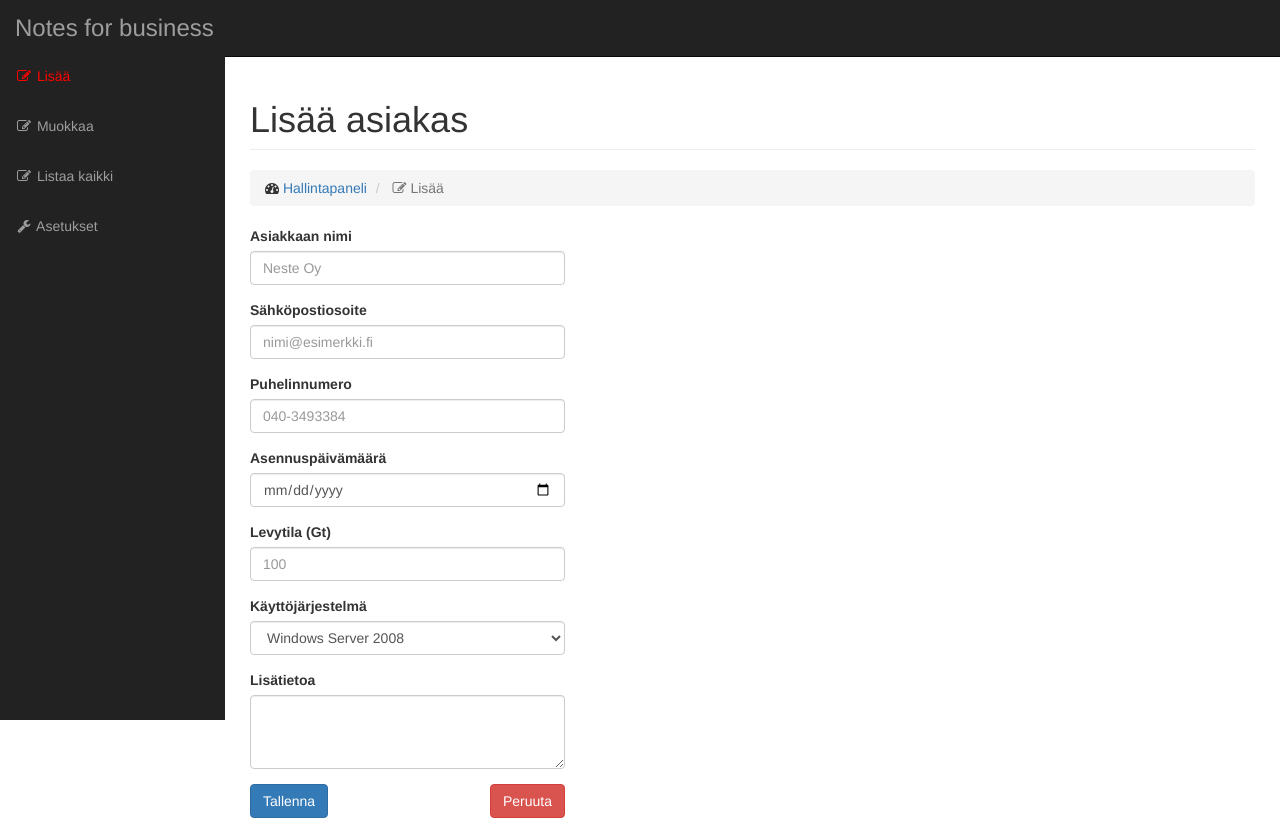
Repository: TommiKurjensalo/php
Page: http://localhost/muokkaa.php
The author's editor kept a copy of each file at every save. The page is drawn from the files as they stood at one save, then again after the next save.
The browser window is 1280 px wide. The pictures show the whole page.
The page is run by PHP 8.4 with error messages shown; the project is at /var/www/html/.

Above is the page before, as saved 2017-04-08 18:09:09.

### sivut/muokkaa.php
<!DOCTYPE html>
<html lang="en">

<head>

    <meta charset="utf-8">
    <meta http-equiv="X-UA-Compatible" content="IE=edge">
    <meta name="viewport" content="width=device-width, initial-scale=1">
    <meta name="description" content="">
    <meta name="author" content="">

    <title>Notes</title>

    <!-- Bootstrap Core CSS -->
    <link href="css/bootstrap.min.css" rel="stylesheet">

    <!-- Custom CSS -->
    <link href="css/sb-admin.css" rel="stylesheet">

    <!-- Custom Fonts -->
    <link href="font-awesome/css/font-awesome.min.css" rel="stylesheet" type="text/css">

    <!-- HTML5 Shim and Respond.js IE8 support of HTML5 elements and media queries -->
    <!-- WARNING: Respond.js doesn't work if you view the page via file:// -->
    <!--[if lt IE 9]>
        <script src="https://oss.maxcdn.com/libs/html5shiv/3.7.0/html5shiv.js"></script>
        <script src="https://oss.maxcdn.com/libs/respond.js/1.4.2/respond.min.js"></script>
    <![endif]-->

</head>

<body>

    <div id="wrapper">

        <!-- Navigation -->
        <nav class="navbar navbar-inverse navbar-fixed-top" role="navigation">
            <!-- Brand and toggle get grouped for better mobile display -->
            <div class="navbar-header">
                <p class="navbar-text h3">Notes for business</p>

            </div>

            <!-- Sidebar Menu Items - These collapse to the responsive navigation menu on small screens -->
            <div class="collapse navbar-collapse navbar-ex1-collapse">
                <ul class="nav navbar-nav side-nav">
                    <li>
                        <a href="lisaa.php" class="active"> <i class="fa fa-fw fa-edit"></i> Lisää</a>
                    </li>
                    <li>
                        <a href="muokkaa.php"><i class="fa fa-fw fa-edit"></i> Muokkaa</a>
                    </li>
                    <li>
                        <a href="listaaKaikki.php"><i class="fa fa-fw fa-edit"></i> Listaa kaikki</a>
                    </li>
                    <li>
                        <a href="asetukset.php"><i class="fa fa-fw fa-wrench"></i> Asetukset</a>
                    </li>

                </ul>
            </div>
            <!-- /.navbar-collapse -->
        </nav>

        <div id="page-wrapper">

            <div class="container-fluid">

                <!-- Page Heading -->
                <div class="row">
                    <div class="col-lg-12">
                        <h1 class="page-header">
                            Lisää asiakas
                        </h1>
                        <ol class="breadcrumb">
                            <li>
                                <i class="fa fa-dashboard"></i>  <a href="index.php">Hallintapaneli</a>
                            </li>
                            <li class="active">
                                <i class="fa fa-edit"></i> Lisää
                            </li>
                        </ol>
                    </div>
                </div>
                <!-- /.row -->

                <div class="row">
                    <div class="col-lg-4">

                        <form role="form">

                            <div class="form-group">
                                <label>Asiakkaan nimi</label>
                                <input class="form-control" type="text" placeholder="Neste Oy">
                            </div>

                            <div class="form-group">
                                <label>Sähköpostiosoite</label>
                                <input class="form-control" type="email" placeholder="nimi@esimerkki.fi"></input>
                            </div>

                            <div class="form-group">
                                <label>Puhelinnumero</label>
                                <input class="form-control" type="tel" placeholder="040-3493384"></input>
                            </div>

                            <div class="form-group">
                                <label>Asennuspäivämäärä</label>
                                <input class="form-control" type="date" placeholder="27.03.2017"></input>
                            </div>

                            <div class="form-group">
                                <label>Levytila (Gt)</label>
                                <input class="form-control" type="number" placeholder="100"></input>
                            </div>

                            <div class="form-group">
                                <label>Käyttöjärjestelmä</label>
                                <select class="form-control">
                                    <option>Windows Server 2008</option>
                                    <option>Windows Server 2008 R2</option>
                                    <option>Windows Server 2012 R2</option>
                                    <option>Windows Server 2016</option>
                                </select>
                            </div>

                            <div class="form-group">
                                <label>Lisätietoa</label>
                                <textarea class="form-control" rows="3"></textarea>
                            </div>


                          	<div class="form-group">
                          	<div class="pull-left">
                            <input name="tallenna" type="submit" class="btn btn-primary px-2" value="Tallenna"></input>
                 			</div>
                 			<div class="pull-right">
                            <input name="peruuta" type="submit" class="btn btn-danger" value="Peruuta"></input>
                             </div>
                            </div>

                        </form>

                    </div>

                </div>
                <!-- /.row -->

            </div>
            <!-- /.container-fluid -->

        </div>
        <!-- /#page-wrapper -->

    </div>
    <!-- /#wrapper -->

    <!-- jQuery -->
    <script src="js/jquery.js"></script>

    <!-- Bootstrap Core JavaScript -->
    <script src="js/bootstrap.min.js"></script>

</body>

</html>

### sivut/css/sb-admin.css
/*!
 * Start Bootstrap - SB Admin (http://startbootstrap.com/)
 * Copyright 2013-2016 Start Bootstrap
 * Licensed under MIT (https://github.com/BlackrockDigital/startbootstrap/blob/gh-pages/LICENSE)
 */

/* Global Styles */

body {
    margin-top: 100px;
   /* background-color: #222; */
}

@media(min-width:768px) {
    body {
        margin-top: 50px;
    }
}

#wrapper {
    padding-left: 0;
}

#page-wrapper {
    width: 100%;
    padding: 0;
    background-color: #fff;
}

.huge {
    font-size: 50px;
    line-height: normal;
}

@media(min-width:768px) {
    #wrapper {
        padding-left: 225px;
    }

    #page-wrapper {
        padding: 10px;
    }
}

/* Top Navigation */

.top-nav {
    padding: 0 15px;
}

.top-nav>li {
    display: inline-block;
    float: left;
}

.top-nav>li>a {
    padding-top: 15px;
    padding-bottom: 15px;
    line-height: 20px;
    color: #999;
}

.top-nav>li>a:hover,
.top-nav>li>a:focus,
.top-nav>.open>a,
.top-nav>.open>a:hover,
.top-nav>.open>a:focus {
    color: #fff;
    background-color: #000;
}

.top-nav>.open>.dropdown-menu {
    float: left;
    position: absolute;
    margin-top: 0;
    border: 1px solid rgba(0,0,0,.15);
    border-top-left-radius: 0;
    border-top-right-radius: 0;
    background-color: #fff;
    -webkit-box-shadow: 0 6px 12px rgba(0,0,0,.175);
    box-shadow: 0 6px 12px rgba(0,0,0,.175);
}

.top-nav>.open>.dropdown-menu>li>a {
    white-space: normal;
}

ul.message-dropdown {
    padding: 0;
    max-height: 250px;
    overflow-x: hidden;
    overflow-y: auto;
}

li.message-preview {
    width: 275px;
    border-bottom: 1px solid rgba(0,0,0,.15);
}

li.message-preview>a {
    padding-top: 15px;
    padding-bottom: 15px;
}

li.message-footer {
    margin: 5px 0;
}

ul.alert-dropdown {
    width: 200px;
}

/* Side Navigation */

@media(min-width:768px) {
    .side-nav {
        position: fixed;
        top: 51px;
        left: 225px;
        width: 225px;
        margin-left: -225px;
        border: none;
        border-radius: 0;
        overflow-y: auto;
        background-color: #222;
        bottom: 0;
        overflow-x: hidden;
        padding-bottom: 40px;
    }

    .side-nav>li>a {
        width: 225px;
    }

	.nav .navbar-nav .side-nav > .active > a {
        color:red !important;
    }

	.side-nav a.active{
        color:red !important;
    }

    .side-nav li a:hover,
    .side-nav li a:focus {
        outline: none;
        background-color: #000 !important;
    }
}

.side-nav>li>ul {
    padding: 0;
}

.side-nav>li>ul>li>a {
    display: block;
    padding: 10px 15px 10px 38px;
    text-decoration: none;
    color: #999;
}

.side-nav>li>ul>li>a:hover {
    color: #fff;
}

/* Flot Chart Containers */

.flot-chart {
    display: block;
    height: 400px;
}

.flot-chart-content {
    width: 100%;
    height: 100%;
}

/* Custom Colored Panels */

.huge {
    font-size: 40px;
}

.panel-green {
    border-color: #5cb85c;
}

.panel-green > .panel-heading {
    border-color: #5cb85c;
    color: #fff;
    background-color: #5cb85c;
}

.panel-green > a {
    color: #5cb85c;
}

.panel-green > a:hover {
    color: #3d8b3d;
}

.panel-red {
    border-color: #d9534f;
}

.panel-red > .panel-heading {
    border-color: #d9534f;
    color: #fff;
    background-color: #d9534f;
}

.panel-red > a {
    color: #d9534f;
}

.panel-red > a:hover {
    color: #b52b27;
}

.panel-yellow {
    border-color: #f0ad4e;
}

.panel-yellow > .panel-heading {
    border-color: #f0ad4e;
    color: #fff;
    background-color: #f0ad4e;
}

.panel-yellow > a {
    color: #f0ad4e;
}

.panel-yellow > a:hover {
    color: #df8a13;
}

@media screen and (max-width: 1024px) {
				.etusivu {
				left: 50%;
				margin-left: -512px; }
		}

.etusivu {
			background: linear-gradient(to bottom,rgba(0, 0, 0, 0), rgba(0, 0, 0, 0.4)
			),url(../img/film-background.jpg);
			position: fixed;
			overflow: hidden;
			left: 0;
	  		/* Set rules to fill background */
			min-height: 100%;
			min-width: 1024px;

			/* Set up proportionate scaling */
			width: 100%;
			height: auto;
    	}

.etusivu > h1 {
		     margin: 0;
			 color: white;
			 padding: 10% 0 0 50%;
			 text-shadow: 10px 10px 0 black;
		 }

hr {
   display: block;
   position: relative;
   height: 0;
   width: 100%;
   max-height: 0;
   font-size: 1px;
   line-height: 10px;
   clear: both;
   border: none;
   border-top: 2px solid #aaaaaa;
   border-bottom: 2px solid #ffffff;
}

.table-hover>tbody>tr:hover>td, .table-hover>tbody>tr:hover>th {
  background-color: #646464;
  color:#eeeeee;
}

Loaded but not shown: sivut/css/bootstrap.min.css (library); sivut/font-awesome/css/font-awesome.min.css (library); sivut/js/jquery.js (library); sivut/js/bootstrap.min.js (library)

After the next save:
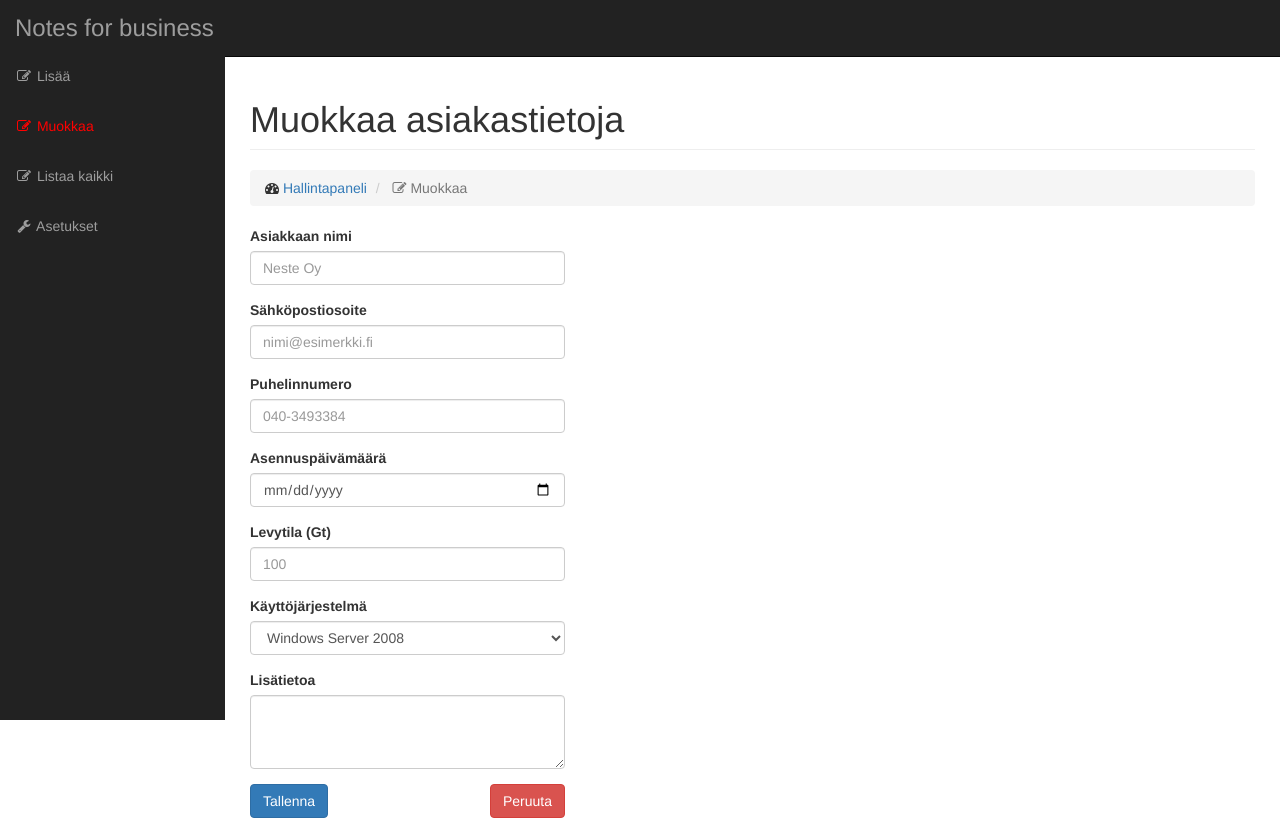
Saved 35 s later.
--- a/sivut/muokkaa.php
+++ b/sivut/muokkaa.php
@@ -45,10 +45,10 @@
             <div class="collapse navbar-collapse navbar-ex1-collapse">
                 <ul class="nav navbar-nav side-nav">
                     <li>
-                        <a href="lisaa.php" class="active"> <i class="fa fa-fw fa-edit"></i> Lisää</a>
+                        <a href="lisaa.php"> <i class="fa fa-fw fa-edit"></i> Lisää</a>
                     </li>
                     <li>
-                        <a href="muokkaa.php"><i class="fa fa-fw fa-edit"></i> Muokkaa</a>
+                        <a href="muokkaa.php" class="active"><i class="fa fa-fw fa-edit"></i> Muokkaa</a>
                     </li>
                     <li>
                         <a href="listaaKaikki.php"><i class="fa fa-fw fa-edit"></i> Listaa kaikki</a>
@@ -70,14 +70,14 @@
                 <div class="row">
                     <div class="col-lg-12">
                         <h1 class="page-header">
-                            Lisää asiakas
+                            Muokkaa asiakastietoja
                         </h1>
                         <ol class="breadcrumb">
                             <li>
                                 <i class="fa fa-dashboard"></i>  <a href="index.php">Hallintapaneli</a>
                             </li>
                             <li class="active">
-                                <i class="fa fa-edit"></i> Lisää
+                                <i class="fa fa-edit"></i> Muokkaa
                             </li>
                         </ol>
                     </div>
